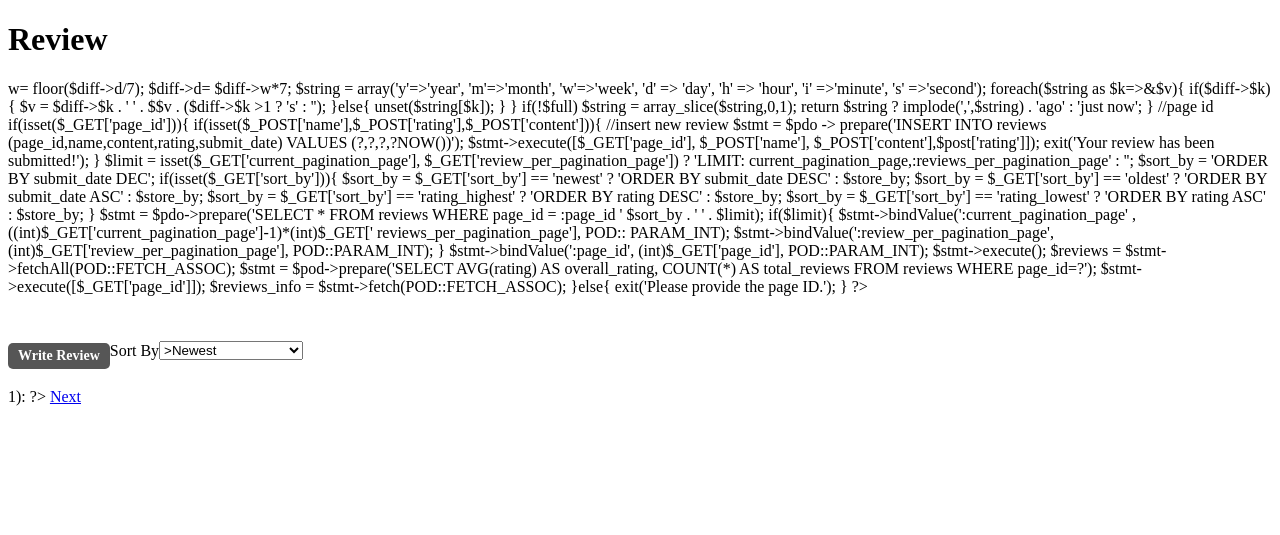
Repository: chathura226/SeekWork_Group_Project_I
Page: ratingsystem/index.html
These files come from the project's save history. The page is drawn as it stood at one moment and after the next save; the edit follows.
The browser window is 1280 px wide. The pictures show the whole page.

Above is the page before, as saved 2023-12-21 23:18:28.
Console error: TypeError: Cannot set properties of null (setting 'onsubmit')

After the next save:
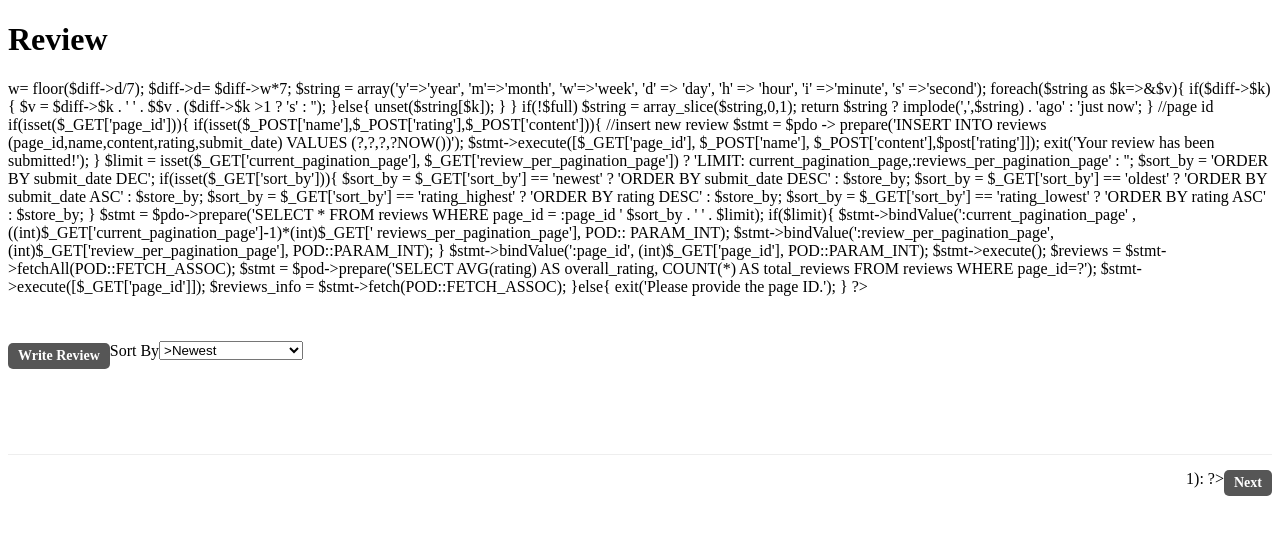
Saved 16 min 50 s later.
--- a/ratingsystem/reviews.css
+++ b/ratingsystem/reviews.css
@@ -64,3 +64,61 @@
     height: 150px;
     margin-top: 10px;
 }
+
+.reviews .write_review input{
+    display: block;
+    width:250px;
+    padding: 10px;
+    border:1px solid #ddd;
+    border-radius: 5px;
+    margin-top: 10px;
+}
+
+
+.reviews .write_review button{
+    cursor: pointer;
+}
+
+.reviews .review{
+    padding: 20px 0;
+    border-bottom: 1px solid #eee;
+}
+
+.reviews .review .name{
+    padding: 0 0 3px 0;
+    margin: 0;
+    font-size: 18px;
+    color: #5555;
+}
+
+.reviews .review .rating{
+    letter-spacing: 2px;
+    font-size: 22px;
+    color:#F5A624;
+}
+
+.reviews .review .date{
+    color: #777777;
+    font-size: 14px;
+}
+
+.reviews .review .content{
+    padding: 5px 0;
+}
+
+.reviews .pagination{
+    display: flex;
+    justify-content: flex-end;
+    padding: 15px 0;
+}
+
+.reviews .pagination a{
+    display: inline-block;
+    text-decoration: none;
+    background-color:#565656;
+    font-weight: 600;
+    color: #FFFFFF;
+    padding: 5px 10px;
+    border-radius: 5px;
+    font-size: 14px;
+}
